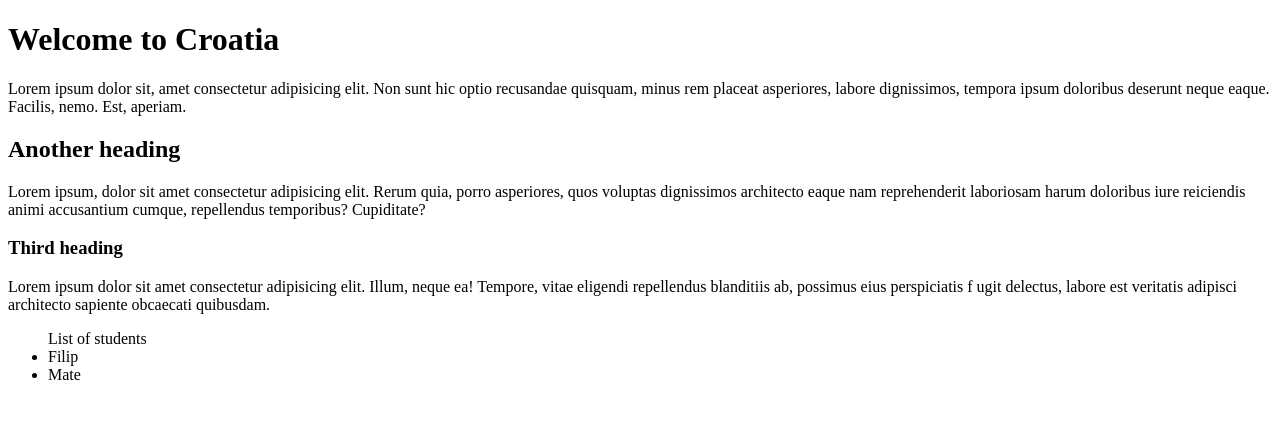
Repository: Filip-Husic/AW_frontend
Page: ex1.html
The author's editor kept a copy of each file at every save. The page is drawn from the files as they stood at one save, then again after a run of saves.
The browser window is 1280 px wide. The pictures show the whole page.

Above is the page before, as saved 2022-11-23 09:37:26.

### ex1.html
<!DOCTYPE html>
<html lang="en">
    <head>
        <meta charset="UTF-8">
        <meta http-equiv="X-UA-Compatible" content="IE=edge">
        <meta name="viewport" content="width=device-width, initial-scale=1.0">
        <title>An original title</title>
    </head>

    <body>
        <!-- headings h1-h6 -->
        <h1>Welcome to Croatia</h1>
        <p>Lorem ipsum dolor sit, amet consectetur adipisicing elit.
        Non sunt hic optio recusandae quisquam, minus rem placeat asperiores,
        labore dignissimos, tempora ipsum doloribus deserunt neque eaque.
        Facilis, nemo. Est, aperiam.</p>

        <h2>Another heading</h2>
        <p>Lorem ipsum, dolor sit amet consectetur adipisicing elit.
            Rerum quia, porro asperiores, quos voluptas dignissimos architecto eaque
            nam reprehenderit laboriosam harum doloribus iure reiciendis animi accusantium cumque,
            repellendus temporibus? Cupiditate?</p>

        <h3>Third heading</h3>
            <p>Lorem ipsum dolor sit amet consectetur adipisicing elit. Illum, neque ea!
                Tempore, vitae eligendi repellendus blanditiis ab, possimus eius perspiciatis f
                ugit delectus, labore est veritatis adipisci architecto sapiente obcaecati quibusdam.</p>


        <ul> List of students
            <li>
                Filip
            </li>
            <li>
                Mate
            </li>
        </ul>
    </body>
</html>

After the next 3 saves:
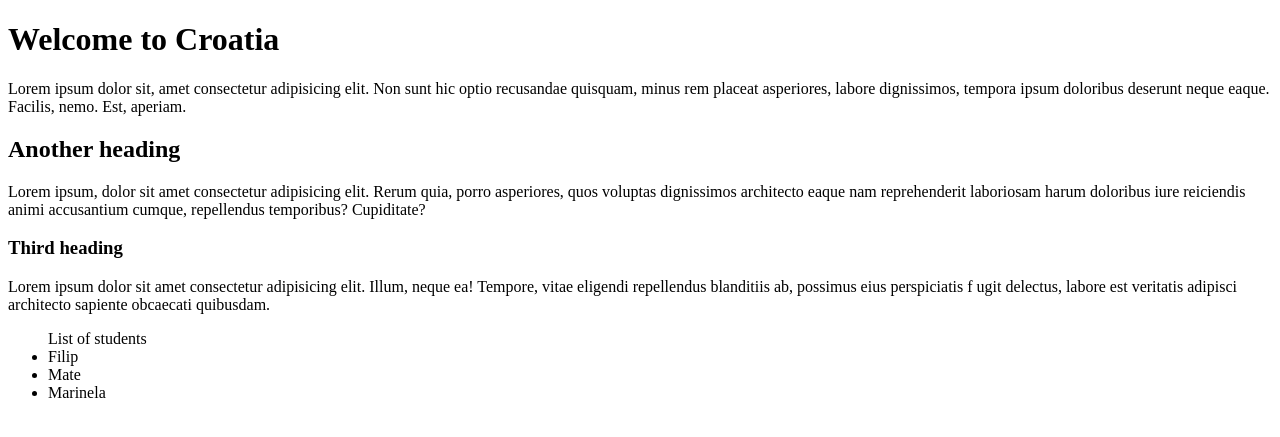
The 3 saves are shown as one change because they came seconds apart.
The last was saved 12 s later.
--- a/ex1.html
+++ b/ex1.html
@@ -31,9 +31,9 @@
             <li>
                 Filip
             </li>
-            <li>
-                Mate
+            <li>                Mate
             </li>
+            <li>Marinela</li>
         </ul>
     </body>
 </html>
